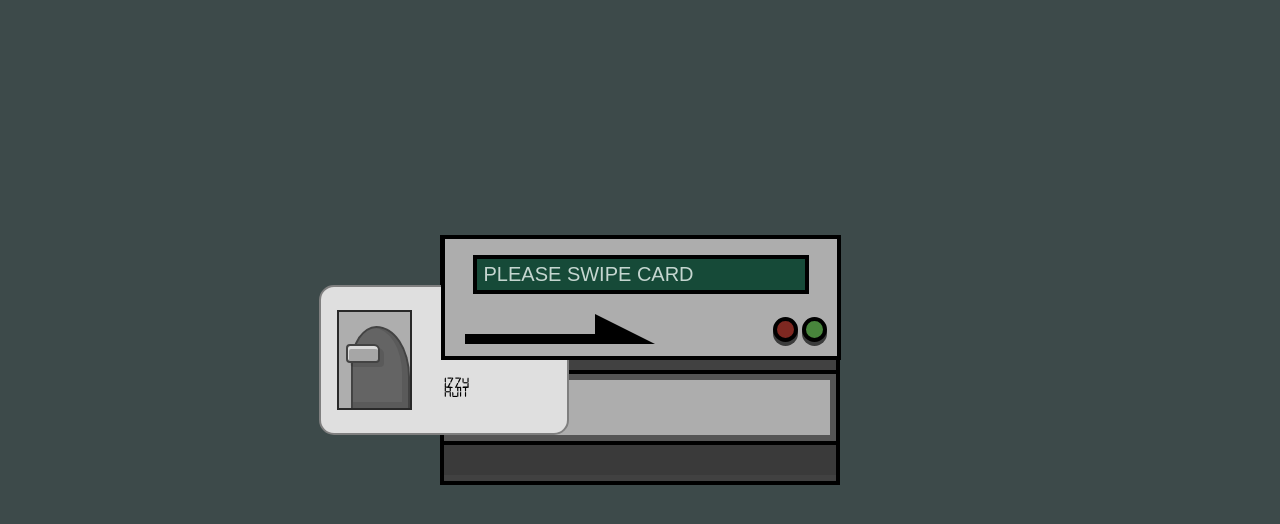
Repository: Aaquib111/Aaquib111.github.io
Page: treasure-page.html
The author's editor kept a copy of each file at every save. The page is drawn from the files as they stood at one save, then again after the next save.
The browser window is 1280 px wide. The pictures show the whole page.

Above is the page before, as saved 2021-05-20 20:25:13.

After the next save:
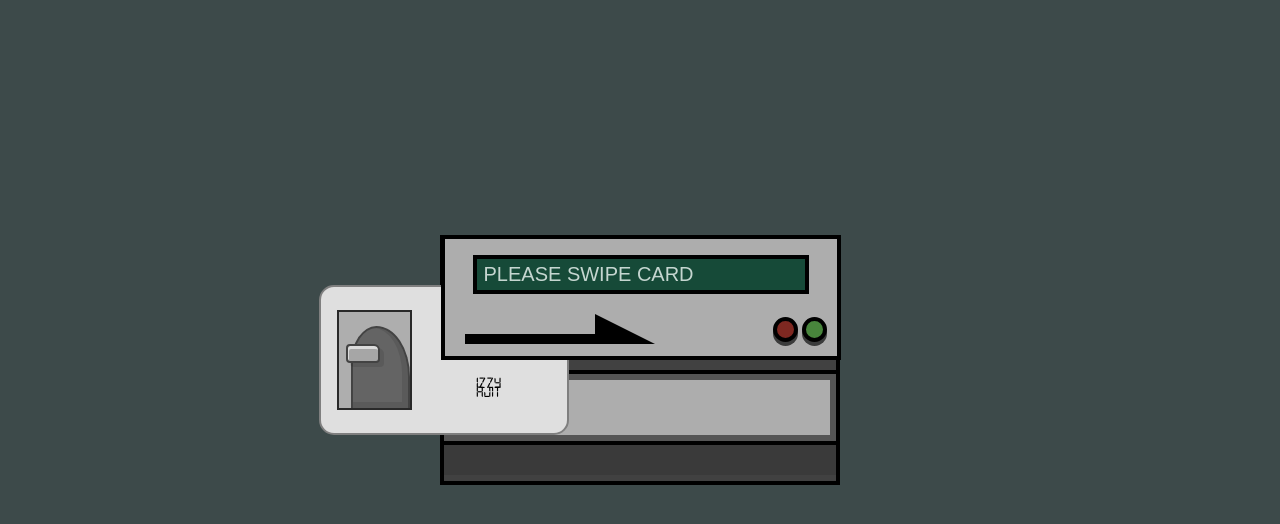
Saved 32 s later.
--- a/treasure-page.html
+++ b/treasure-page.html
@@ -26,7 +26,7 @@
               </div>
               <div id="card">
                 <div id="photo"></div>
-                <div id="name"><p>Izzy Ajit</p></div>
+                <div id="name"><p id="name">Izzy Ajit</p></div>
               </div>
               <div class="bottom"></div>
             </div>
